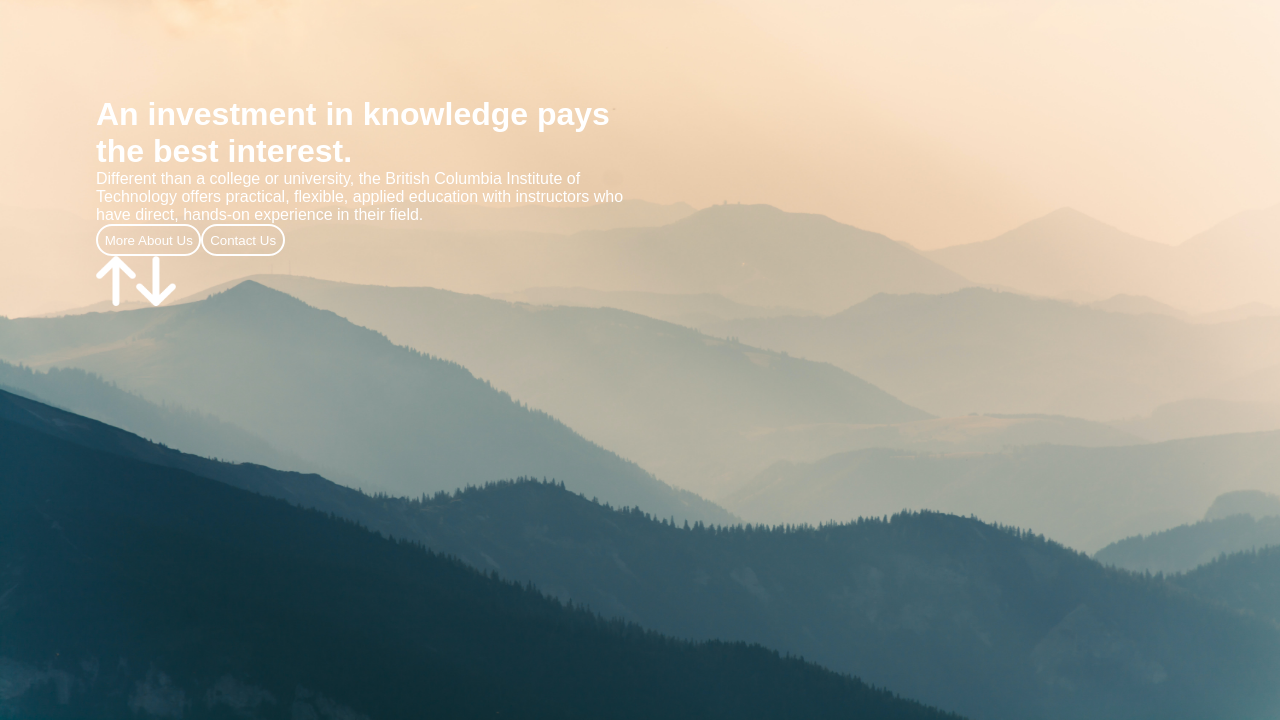
Repository: jennydmcm/assignment-1-playwright-site-A01338943
Page: /
An editor plug-in stored every save of this project. The page is shown before and after the next save, followed by the edit.
The browser window is 1280 px wide. The pictures show the whole page.
The project was rebuilt for these pictures with package versions that can differ from the ones it lists, and the page was loaded fresh each time. The framework's server and built-in components were replaced by stand-ins that run in the browser. Also part of the build but not shown: next.config.js.

Above is the page before, as saved 2023-02-08 10:09:00.

### pages/_app.js
import '../styles/globals.css'
import '../styles/variables.css'

function MyApp({ Component, pageProps }) {
  return <Component {...pageProps} />
}

export default MyApp

### pages/index.js
import Head from "next/head";
import Image from "next/image";
import { Inter } from "@next/font/google";
import styles from "@/styles/home.module.css";
import Link from "next/link";
import { useRouter } from "next/router";
import Bg from "public/background-images/backgroundMountain.jpg";
import downArrow from "public/icons/downwardArrow.png";
import upArrow from "public/icons/upwardArrow.png";

const inter = Inter({ subsets: ["latin"] });

export default function Home() {
  const router = useRouter();
  return (
    <>
      <Head>
        <title>{"Home"}</title>
        <meta name="description" content="Generated by create next app" />
        <meta name="viewport" content="width=device-width, initial-scale=1" />
        <meta name="author" content={"MDIA 2109"} />
        <meta property="og:title" content={"Assignment #1 - Home Page"} />
        <meta
          property="og:description"
          content={"BCIT Digital Design and Development Diploma"}
        />
        <link rel="icon" href="/favicon.png" />
      </Head>
      <Image
        src={Bg}
        fill
        style={{
          zIndex: -1,
        }}
      />
      <main className={styles.main}>
        <div className={styles.text}>
          <h1 className={styles.header}>
            {"An investment in knowledge pays the best interest."}
          </h1>
          <p className={styles.subhead}>
            {
              "Different than a college or university, the British Columbia Institute of Technology offers practical, flexible, applied education with instructors who have direct, hands-on experience in their field."
            }
          </p>
        </div>
        <a>
          <button
            className={styles.aboutbtn}
            type="button"
            onClick={() => router.push("/about")}
          >
            More About Us
          </button>
          <button
            className={styles.contactbtn}
            type="button"
            onClick={() => router.push("/contact")}
          >
            Contact Us
          </button>
        </a>

        <a>
          <span>
            <a className={styles.arrow} href="/about">
              <span>
                <Image src={upArrow} width={40} height={50} />
                <Image src={downArrow} width={40} height={50} />
              </span>
            </a>
          </span>
        </a>
      </main>
    </>
  );
}

### styles/variables.css
:root{
    --primary-color: #fff;
    --secondary-color: #f4d6b9;
    --ternary-color: #14343d;
    --quaternary-color: #14343d;
    --quinary-color: rgba(16,46,53,0.5);

}

### styles/Home.module.css
.main {
  display: flex;
  flex-direction: column;
  justify-content: space-between;
  align-items: flex-start;
  padding: 6rem;

}

.text{
  display: flex;
  align-items: flex-start;
  flex-direction: column;
  width: 50%;
}

.header{
  color: var(--primary-color);
  font-family: Arial, Helvetica, sans-serif;

}
.subhead{
  color: var(--primary-color);
  font-family: Arial, Helvetica, sans-serif;
  font-weight: lighter;
}

.aboutbtn{
  color: var(--primary-color);
  background: none;
  border: 0.2em solid white;
  border-radius: 4rem;
  padding: 0.5em;
}

.aboutbtn:hover{
  background-color: white;
  color: var(--ternary-color);
}

.contactbtn{
  color: var(--primary-color);
  background: none;
  border: 0.2em solid white;
  border-radius: 4rem;
  padding: 0.5em;

}

.contactbtn:hover{
  background-color: white;
  color: var(--ternary-color);
}

Loaded but not shown: pages/_document.js (common file); styles/globals.css (common file)

After the next save:
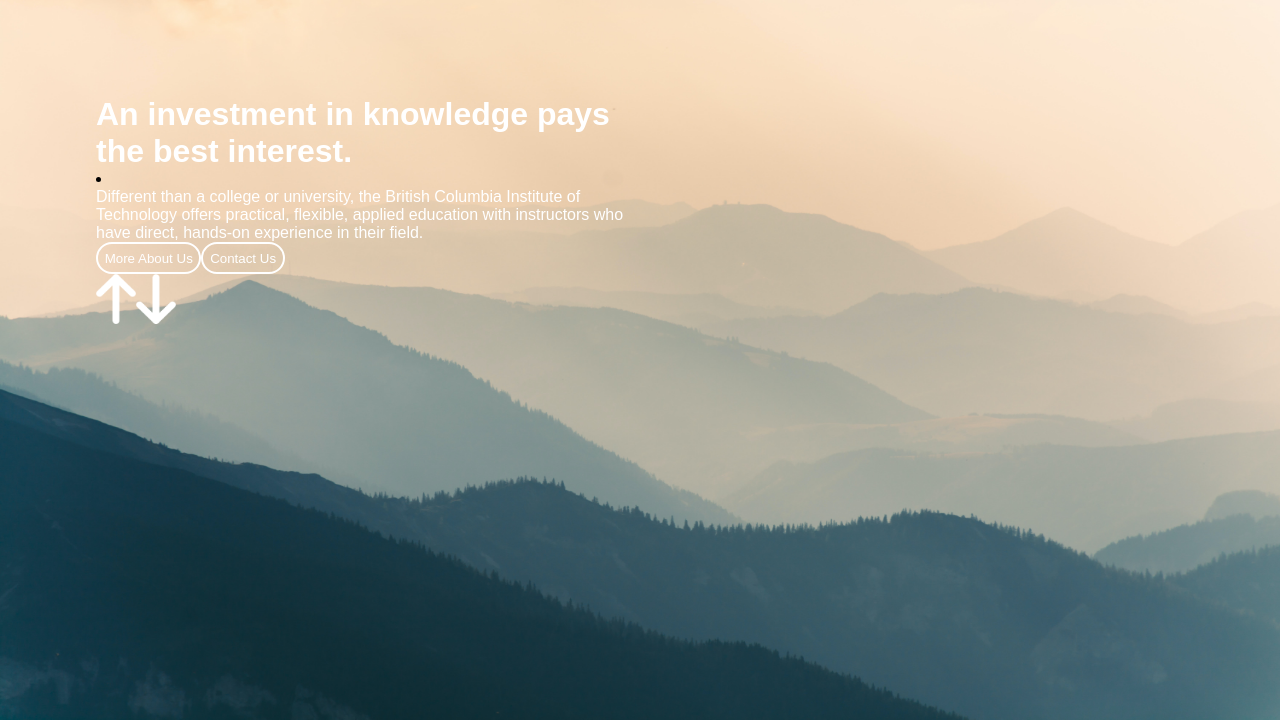
Saved 16 s later.
--- a/pages/index.js
+++ b/pages/index.js
@@ -38,6 +38,7 @@ export default function Home() {
           <h1 className={styles.header}>
             {"An investment in knowledge pays the best interest."}
           </h1>
+          <li></li>
           <p className={styles.subhead}>
             {
               "Different than a college or university, the British Columbia Institute of Technology offers practical, flexible, applied education with instructors who have direct, hands-on experience in their field."
